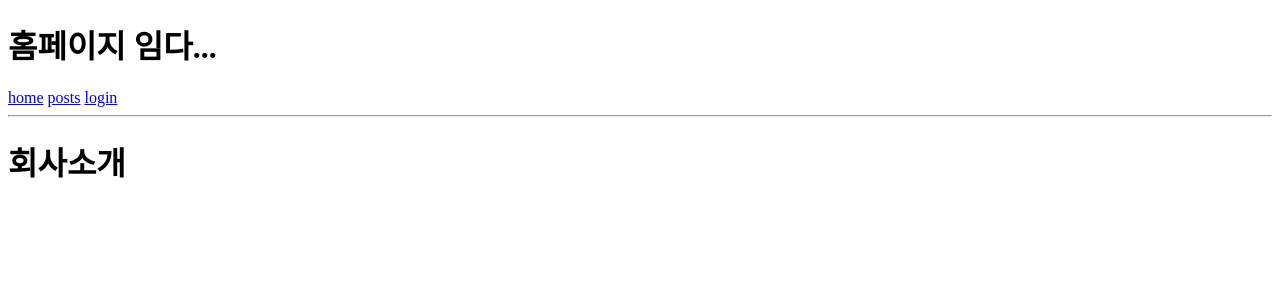
Repository: wkdtkgkek16/web01
Page: http://localhost/ex01/
The author's editor kept a copy of each file at every save. The page is drawn from the files as they stood at one save, then again after the next save.
The browser window is 1280 px wide. The pictures show the whole page.
The page is served by Tomcat 9.

Above is the page before, as saved 2023-03-27 01:05:19.

After the next save:
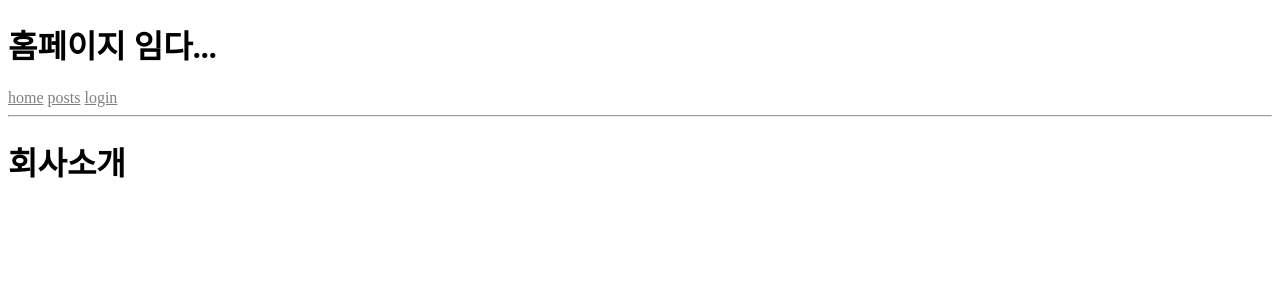
Saved 51 s later.
--- a/ex01/WebContent/home.jsp
+++ b/ex01/WebContent/home.jsp
@@ -7,7 +7,7 @@
 <title>Insert title here</title>
 <style>
 	.div_menu a{
-		color:"gray";
+		color:gray;
 		text_decoration:none;
 	}
 </style>
